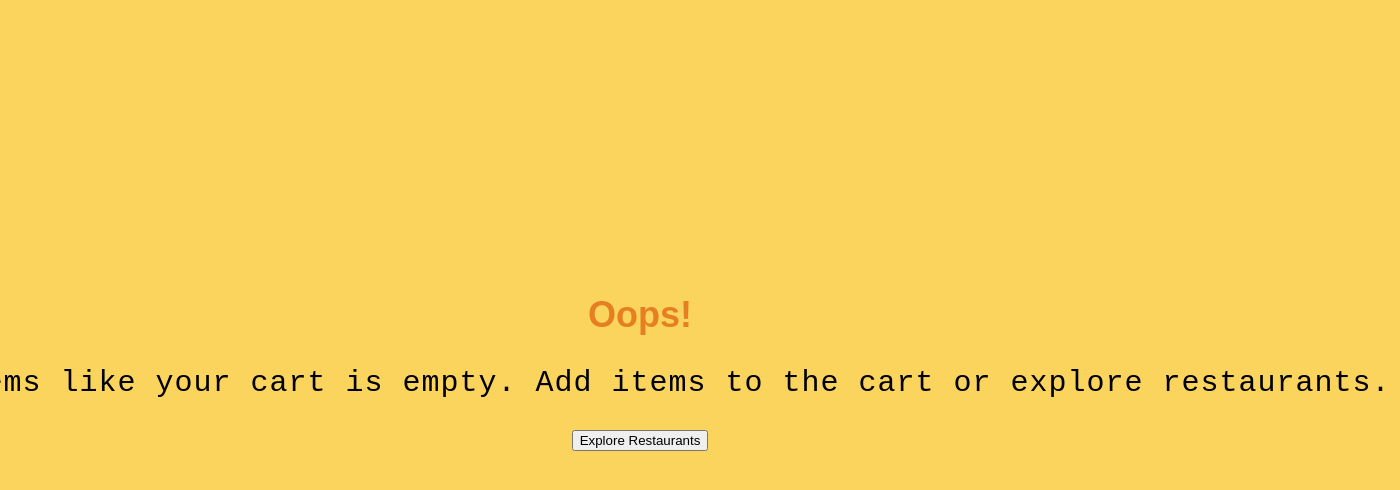
Repository: SWATHIBHUMA/FoodDelivaryApp
Page: http://localhost/FoodDelivaryApp/errorPage.jsp
The author's editor kept a copy of each file at every save. The page is drawn from the files as they stood at one save, then again after the next save.
The browser window is 1280 px wide. The page is 1400 px wide, so the pictures cover 1400 px, including what lies to the right of the window. The pictures show the whole page.
The page is served by Tomcat 9. Other server files are loaded and not shown.

Above is the page before, as saved 2024-01-14 12:20:29.

### FoodDelivaryApp/src/main/webapp/errorPage.jsp
<%@ page language="java" contentType="text/html; charset=UTF-8" pageEncoding="UTF-8"%>

<!DOCTYPE html>
<html lang="en">
<head>
    <meta charset="UTF-8">
    <meta http-equiv="X-UA-Compatible" content="IE=edge">
    <meta name="viewport" content="width=device-width, initial-scale=1.0">
    <title>Error - Nothing in Cart</title>
    <style>
        body {
            font-family: 'Arial', sans-serif;
            background-color: #fbd45d; /* Warm yellow background */
            margin: 0;
            padding: 0;
            display: flex;
            align-items: center;
            justify-content: center;
            height: 100vh;
            text-align: center;
        }
		.container{
			display: inline-block;
		}

		.text{
			font-size: 30px;
			letter-spacing: 1px;
			font-family: monospace;
			border-right: 5px solid;
			width: 100%;
			white-space: nowrap;
			overflow: hidden;
			animation:
				typing 2s,
				cursor .4s step-end infinite alternate;
		}
		@keyframes cursor{
			50%{ border-color: transparent}
		}

		@keyframes typing{
			from{width: 0}
		}

		}

        button.back-to-restaurants-btn {
    background-color: #e67e22; /* Dark orange button color */
    color: #ffffff; /* White button text color */
    padding: 15px 30px;
    font-size: 24px; /* Increased font size */
    border: none;
    border-radius: 8px;
    cursor: pointer;
    transition: background-color 0.3s ease;
    outline: none; /* Remove default focus outline */
}

button.back-to-restaurants-btn:hover {
    background-color: #d35400; /* Darker orange on hover */
}


		h1 {
            color: #e67e22; /* Dark orange text */
            margin-bottom: 20px;
            font-size: 36px; /* Increased font size */
            animation: bounce 1s forwards; /* Change infinite to forwards for single time bounce */
        }
        @keyframes bounce {
            0%, 20%, 50%, 80%, 100% {
                transform: translateY(0);
            }
            40% {
                transform: translateY(-20px);
            }
            60% {
                transform: translateY(-10px);
            }
        }

        @keyframes typing {
            from {
                width: 0;
            }
        }

        @keyframes fadeIn {
            from {
                opacity: 0;
            }
            to {
                opacity: 1;
            }
        }
    </style>
</head>
<body>
    <div class="container">
        <h1>Oops!</h1>
        <p class="text">It seems like your cart is empty. Add items to the cart or explore restaurants.</p>
        <button onclick="window.location.href='<%= request.getContextPath() %>/Restaurents'" class="back-to-restaurants-btn">Explore Restaurants</button>
    </div>
</body>
</html>

After the next save:
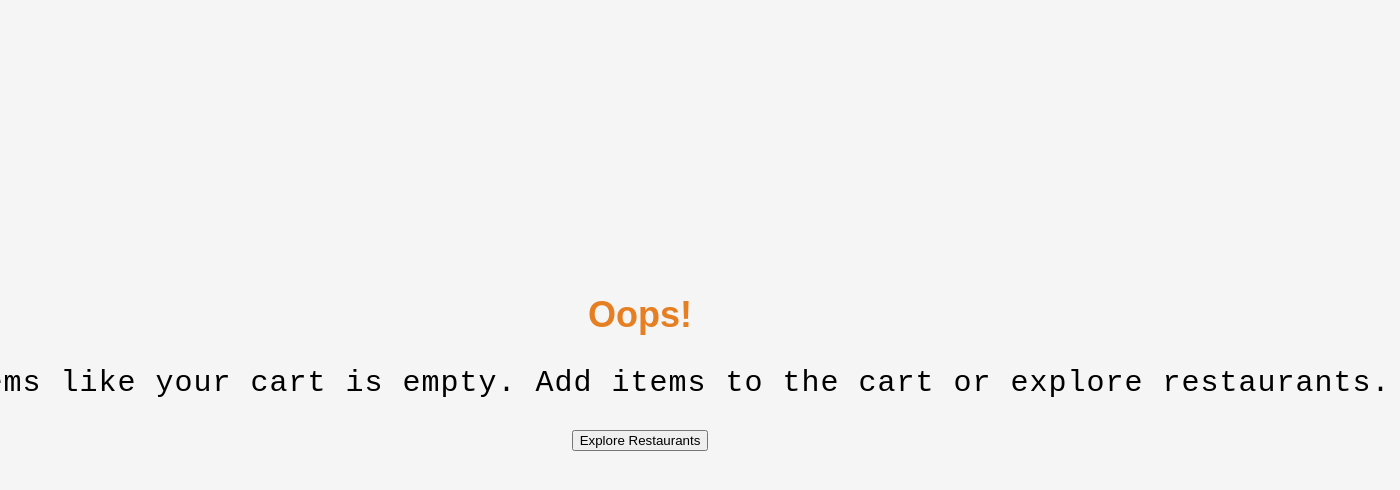
Saved 44 s later.
--- a/FoodDelivaryApp/src/main/webapp/errorPage.jsp
+++ b/FoodDelivaryApp/src/main/webapp/errorPage.jsp
@@ -10,7 +10,7 @@
     <style>
         body {
             font-family: 'Arial', sans-serif;
-            background-color: #fbd45d; /* Warm yellow background */
+            background-color: whitesmoke; /* Warm yellow background */
             margin: 0;
             padding: 0;
             display: flex;
